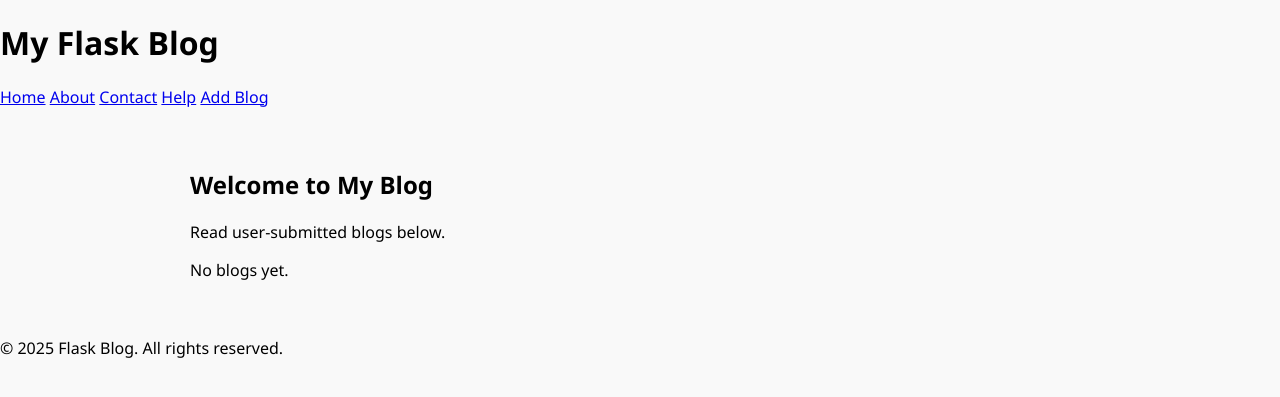
Repository: ankitg-02/FLASK
Page: http://localhost/
The author's editor kept a copy of each file at every save. The page is drawn from the files as they stood at one save, then again after the next save.
The browser window is 1280 px wide. The pictures show the whole page.
The page is served by the project's application, run on Flask 3 (app.py).

Above is the page before, as saved 2025-05-19 13:21:33.

After the next save:
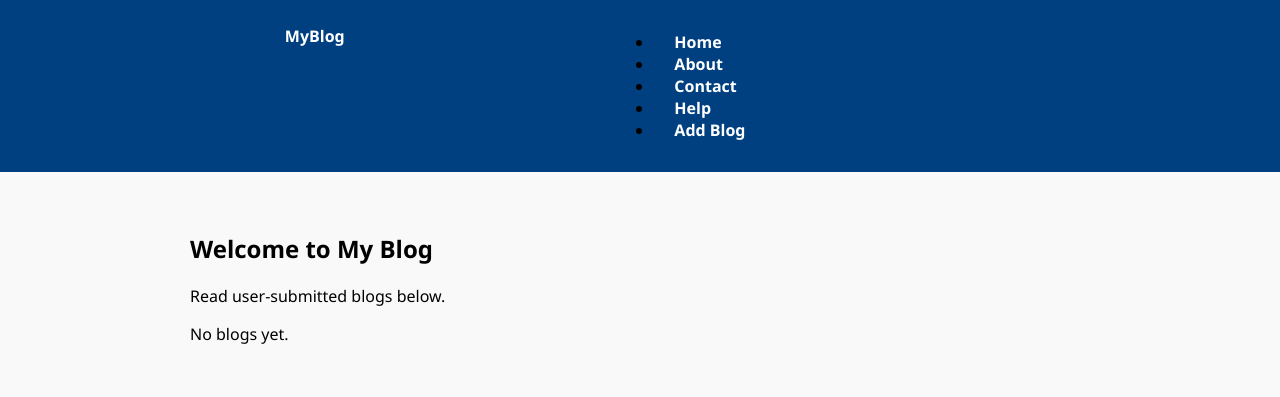
Saved 89 s later.
--- a/Project2/templates/base.html
+++ b/Project2/templates/base.html
@@ -7,21 +7,43 @@
       rel="stylesheet"
       href="{{ url_for('static', filename='css/style.css') }}"
     />
+    <meta name="viewport" content="width=device-width, initial-scale=1" />
   </head>
   <body>
-    <header>
-      <h1>My Flask Blog</h1>
-      <nav>
-        <a href="{{ url_for('index') }}">Home</a>
-        <a href="{{ url_for('about') }}">About</a>
-        <a href="{{ url_for('contact') }}">Contact</a>
-        <a href="{{ url_for('help') }}">Help</a>
-        <a href="{{ url_for('add_blog') }}">Add Blog</a>
-      </nav>
-    </header>
+    <nav class="navbar">
+      <div class="nav-container">
+        <a href="{{ url_for('index') }}" class="nav-logo">MyBlog</a>
+        <ul class="nav-menu" id="nav-menu">
+          <li><a href="{{ url_for('index') }}" class="nav-link">Home</a></li>
+          <li><a href="{{ url_for('about') }}" class="nav-link">About</a></li>
+          <li>
+            <a href="{{ url_for('contact') }}" class="nav-link">Contact</a>
+          </li>
+          <li><a href="{{ url_for('help') }}" class="nav-link">Help</a></li>
+          <li>
+            <a href="{{ url_for('add_blog') }}" class="nav-link nav-link-button"
+              >Add Blog</a
+            >
+          </li>
+        </ul>
+        <div class="nav-toggle" id="nav-toggle">
+          <span></span>
+          <span></span>
+          <span></span>
+        </div>
+      </div>
+    </nav>
+
     <main>{% block content %}{% endblock %}</main>
-    <footer>
-      <p>&copy; 2025 Flask Blog. All rights reserved.</p>
-    </footer>
+
+    <script>
+      const navToggle = document.getElementById("nav-toggle");
+      const navMenu = document.getElementById("nav-menu");
+
+      navToggle.addEventListener("click", () => {
+        navMenu.classList.toggle("nav-menu_visible");
+        navToggle.classList.toggle("nav-toggle_active");
+      });
+    </script>
   </body>
 </html>
